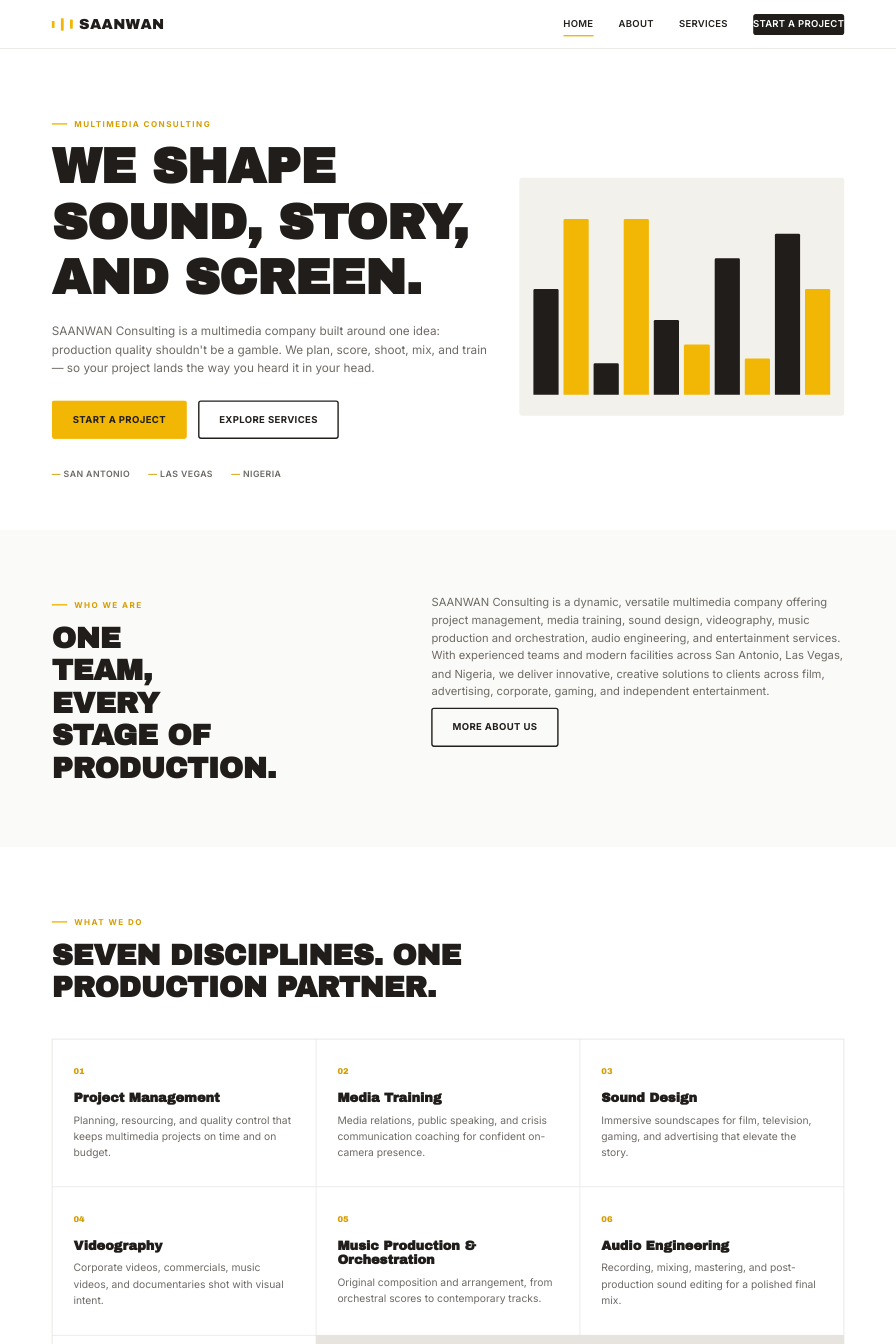
Repository: joshuaonazi/saanwan
Page: index.html
These files come from the project's save history. The page is drawn as it stood at one moment and after the next save; the edit follows.
The browser window is 1280 px wide. The pictures show the part of the page from y = 0 to 1920 px (the page is 3327 px tall), at 70% of full size.

Above is the page before, as saved 2026-07-07 15:32:35.

After the next save:
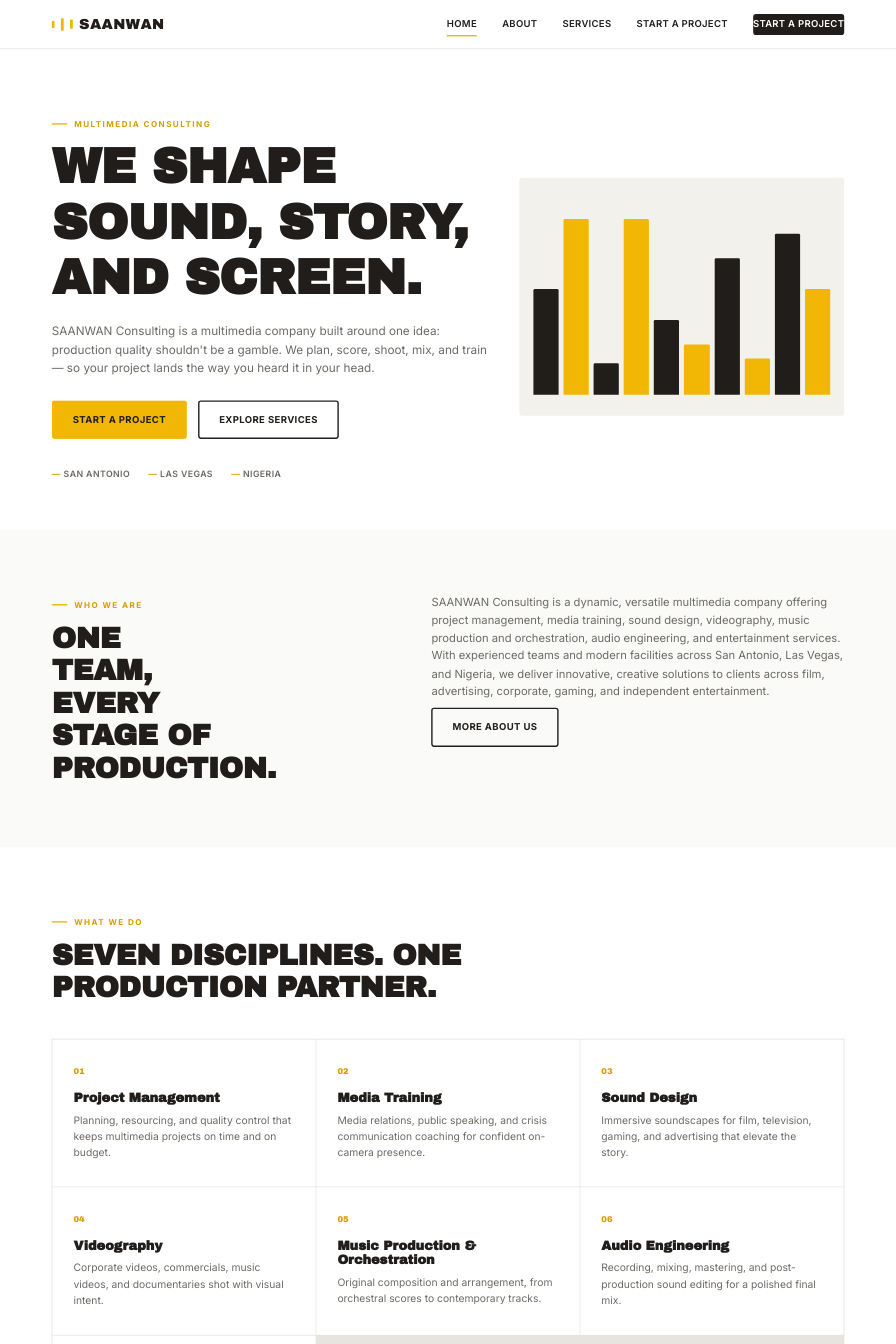
Saved 20 s later.
--- a/index.html
+++ b/index.html
@@ -25,6 +25,7 @@
       <a href="index.html" aria-current="page">Home</a>
       <a href="about.html">About</a>
       <a href="services.html">Services</a>
+      <a href="contact.html">Start a Project</a>
       <a href="contact.html" class="nav-cta">Start a Project</a>
     </div>
   </nav>
